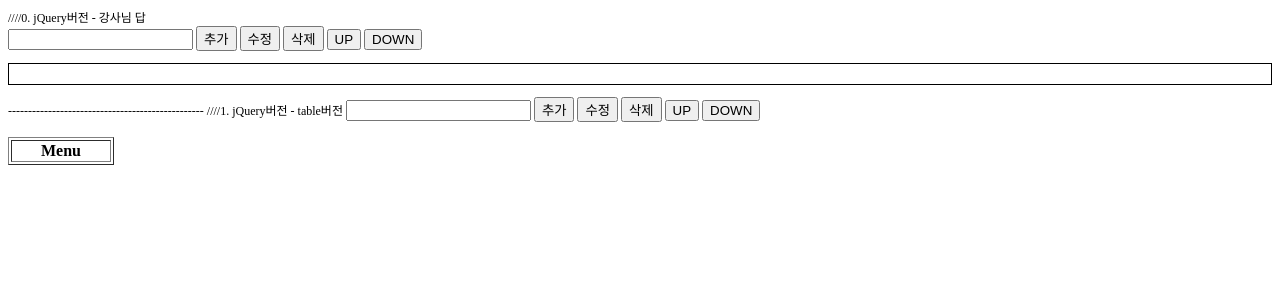
Repository: swc0516s/EZEN-JS
Page: JavaScript Workspace Lecture/JavaScript_jQuery_03/WebContent/Problem01/sil_prob03.html
An editor plug-in stored every save of this project. The page is shown before and after the next save, followed by the edit.
The browser window is 1280 px wide. The pictures show the whole page.
Some web libraries are served in a nearby version.

Above is the page before, as saved 2022-03-22 08:44:08.

### JavaScript Workspace Lecture/JavaScript_jQuery_03/WebContent/Problem01/sil_prob03.html
////0. jQuery버전 - 강사님 답
<!DOCTYPE html PUBLIC "-//W3C//DTD Xhtml 1.0 Transitional//EN" "http://www.w3.org/TR/xhtml1/DTD/xhtml1-transitional.dtd">
<html>
    <head>
        <meta http-equiv="Content-Type" content="text/html; charset=UTF-8">
        <title></title>
        <style>
            body {
                font-size: 9pt;
                font-family: "굴림";
            }
            div, p, ul, li {

            }
            ul.menu {
                padding: 10px;
                list-style: none;
                border: 1px #000 solid;
            }
            ul.menu li {
                border: 1px #eeeeee solid;
                margin: 10px;
            }

            li.select {
                background-color: #ccc;
            }
        </style>

        <script src="http://code.jquery.com/jquery-1.10.2.js"></script>
        <script>
            // 전역 변수 선언 및 초기화
            var $menu = null;
            var $menuName = null;
            var $selectedItem = null;
            $(document).ready(function() {
                init();
                initEvent();
            });

            // 전역에서 사용할 요소 초기화
            function init() {
                $menu = $("ul.menu");
                $menuName = $("#menuName");
            }

            // 이벤트 초기화
            function initEvent() {
                // 메뉴 추가
                $("#add").click(function() {
                    addMenu();
                })

                $menu.on("click", "li", function() {
                    selectItem($(this));
                })
                // 업데이트
                $("#update").click(function() {
                    updateMenuItem();
                })
                // 선택 항목 삭제
                $("#remove").click(function() {
                    removeMenuItem();
                })
                // 선택 메뉴 항목을 위로 이동
                $("#up").click(function() {
                    upMenuItem();
                })
                // 선택 메뉴 항목을 아래로 이동
                $("#down").click(function() {
                    downMenuItem();
                })
            }

            // 메뉴 추가 처리
            function addMenu() {
                // 텍스트 입력 값 구하기
                var menuName = $menuName.val();

                // 신규 메뉴 아이템 문자열 만들기
                var newMenuItem = "<li>" + menuName + "</li>";

                // 선택 메뉴 아이템이 있는 경우 신규 메뉴 아이템을 선택 메뉴 아이템 아래에 추가
                if ($selectedItem) {
                    $selectedItem.after(newMenuItem);
                } else {
                    // 메뉴에 신규 메뉴 아이템 추가
                    $menu.append(newMenuItem);
                }
            }

            // 메뉴 선택 처리
            function selectItem($item) {
                // 기존 선택 메뉴 아이템이 있는 경우 선택 효과 제거
                if ($selectedItem != null)
                    $selectedItem.removeClass("select");

                // 신규 선택 메뉴 아이템 처리
                $selectedItem = $item;
                $selectedItem.addClass("select");

            }

            // 메뉴 항목 이름 수정 하기
            function updateMenuItem() {
                if ($selectedItem) {
                    var menuName = $menuName.val();
                    $selectedItem.html(menuName);
                } else {
                    alert("선택 메뉴가 존재 하지 않습니다.")
                }
            }

            // 선택 메뉴 항목 삭제
            function removeMenuItem() {
                if ($selectedItem) {

                    $selectedItem.remove();
                    $selectedItem = null;

                } else {
                    alert("선택 메뉴가 존재 하지 않습니다.")
                }
            }

            // 위로 이동
            function upMenuItem() {
                if ($selectedItem) {
                    var $prevItem = $selectedItem.prev();
                    if ($prevItem)
                        $selectedItem.insertBefore($prevItem);

                } else {
                    alert("선택 메뉴가 존재 하지 않습니다.")
                }
            }

            // 아래로 이동
            function downMenuItem() {
                if ($selectedItem) {
                    var $nextItem = $selectedItem.next();
                    if ($nextItem)
                        $selectedItem.insertAfter($nextItem);
                } else {
                    alert("선택 메뉴가 존재 하지 않습니다.")
                }
            }

        </script>
    </head>

    <body>
        <div>
            <input type="text" id="menuName" />
            <button id="add">
                추가
            </button>
            <button id="update">
                수정
            </button>
            <button id="remove">
                삭제
            </button>
            <button id="up">
                UP
            </button>
            <button id="down">
                DOWN
            </button>

        </div>
        <ul class="menu">

        </ul>
    </body>

</html>
-------------------------------------------------

////1. jQuery버전 - table버전
<!DOCTYPE html>
<html>
<head>
<meta charset="UTF-8">
<title>Insert title here</title>
<script
	src="https://ajax.googleapis.com/ajax/libs/jquery/3.2.1/jquery.min.js"></script>
</head>
<body>



	<input type="text" id="append_row">
	<button type="button" id="add_menu">추가</button>
	<input type="button" id="alter_menu" value="수정">
	<input type="button" id="remove_menu" value="삭제">
	<input type="button" id="up_menu" value="UP">
	<input type="button" id="down_menu" value="DOWN">


	<br>
	<br>
	<!-- 동적 테이블 -->
	<table border="1" id="list_table" style="cursor:pointer">

		<colgroup>
			<!-- column 의 설정을 할수 있다. -->
			<col style="width: 100px;">
		</colgroup>


		<tr><th>Menu</th></tr>


	</table>




	<script type="text/javascript">
	$(document).ready(function(){

	$('#list_table').on("click", "tr", function() {   //table의 tr을 클릭했을 때
	    tableid = $(this).attr('id'); //선택한 tr의 table id를 받아온다.
	    // alert($(this).attr('id'));
	    $("#append_row").val($("#" +tableid).text()); //
	    });


	var cnt = 0;   //추가
		$('#add_menu').on(
				"click",
				function() {   //add_menu버튼을 눌렀을 때
					$('#list_table').append( //table의 가장 아래에 값이 추가되도록 한다.
							$('<tr id='+cnt+'>').append(  //여기서 cnt는 0부터 들어간다
									$('<td>').append($('#append_row').val()),
									));
					cnt += 1;  //추가가 되면 cnt는 1이 증가한다.
					$('#append_row').val('');
				});



		 $("#alter_menu").on("click",function(){  //수정
			   $('#'+tableid).html($("#append_row").val());

			});



		 $('#remove_menu').on("click", function() {  //삭제
			    $('#' + tableid).remove();
			  });


		 $('#up_menu').on("click", function() {  //table list up
			    $('#' + tableid).insertBefore($('#' + tableid).prev());
			  });


		 $('#down_menu').on("click", function() {  //table list down
			    $('#' + tableid).insertAfter($('#' + tableid).next());
			  });

	});



	</script>

</body>
</html>

After the next save:
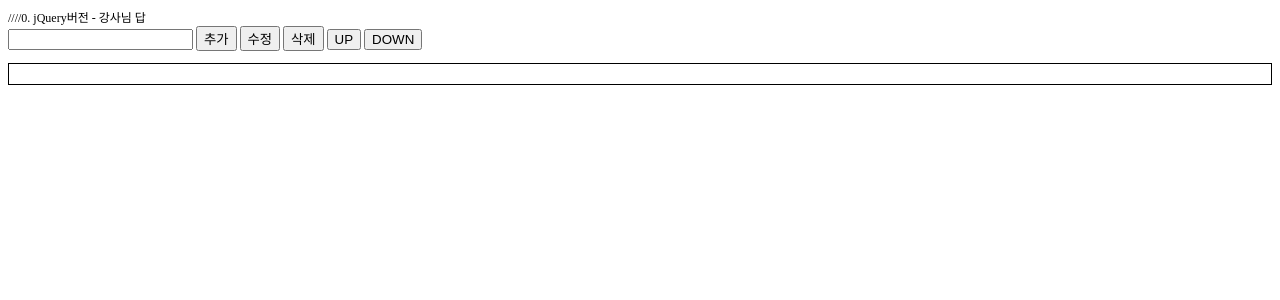
Saved 32 s later.
--- a/JavaScript Workspace Lecture/JavaScript_jQuery_03/WebContent/Problem01/sil_prob03.html
+++ b/JavaScript Workspace Lecture/JavaScript_jQuery_03/WebContent/Problem01/sil_prob03.html
@@ -175,98 +175,3 @@
     </body>
 
 </html>
--------------------------------------------------
-
-////1. jQuery버전 - table버전
-<!DOCTYPE html>
-<html>
-<head>
-<meta charset="UTF-8">
-<title>Insert title here</title>
-<script
-	src="https://ajax.googleapis.com/ajax/libs/jquery/3.2.1/jquery.min.js"></script>
-</head>
-<body>
-
-
-
-	<input type="text" id="append_row">
-	<button type="button" id="add_menu">추가</button>
-	<input type="button" id="alter_menu" value="수정">
-	<input type="button" id="remove_menu" value="삭제">
-	<input type="button" id="up_menu" value="UP">
-	<input type="button" id="down_menu" value="DOWN">
-
-
-	<br>
-	<br>
-	<!-- 동적 테이블 -->
-	<table border="1" id="list_table" style="cursor:pointer">
-
-		<colgroup>
-			<!-- column 의 설정을 할수 있다. -->
-			<col style="width: 100px;">
-		</colgroup>
-
-
-		<tr><th>Menu</th></tr>
-
-
-	</table>
-
-
-
-
-	<script type="text/javascript">
-	$(document).ready(function(){
-
-	$('#list_table').on("click", "tr", function() {   //table의 tr을 클릭했을 때
-	    tableid = $(this).attr('id'); //선택한 tr의 table id를 받아온다.
-	    // alert($(this).attr('id'));
-	    $("#append_row").val($("#" +tableid).text()); //
-	    });
-
-
-	var cnt = 0;   //추가
-		$('#add_menu').on(
-				"click",
-				function() {   //add_menu버튼을 눌렀을 때
-					$('#list_table').append( //table의 가장 아래에 값이 추가되도록 한다.
-							$('<tr id='+cnt+'>').append(  //여기서 cnt는 0부터 들어간다
-									$('<td>').append($('#append_row').val()),
-									));
-					cnt += 1;  //추가가 되면 cnt는 1이 증가한다.
-					$('#append_row').val('');
-				});
-
-
-
-		 $("#alter_menu").on("click",function(){  //수정
-			   $('#'+tableid).html($("#append_row").val());
-
-			});
-
-
-
-		 $('#remove_menu').on("click", function() {  //삭제
-			    $('#' + tableid).remove();
-			  });
-
-
-		 $('#up_menu').on("click", function() {  //table list up
-			    $('#' + tableid).insertBefore($('#' + tableid).prev());
-			  });
-
-
-		 $('#down_menu').on("click", function() {  //table list down
-			    $('#' + tableid).insertAfter($('#' + tableid).next());
-			  });
-
-	});
-
-
-
-	</script>
-
-</body>
-</html>
